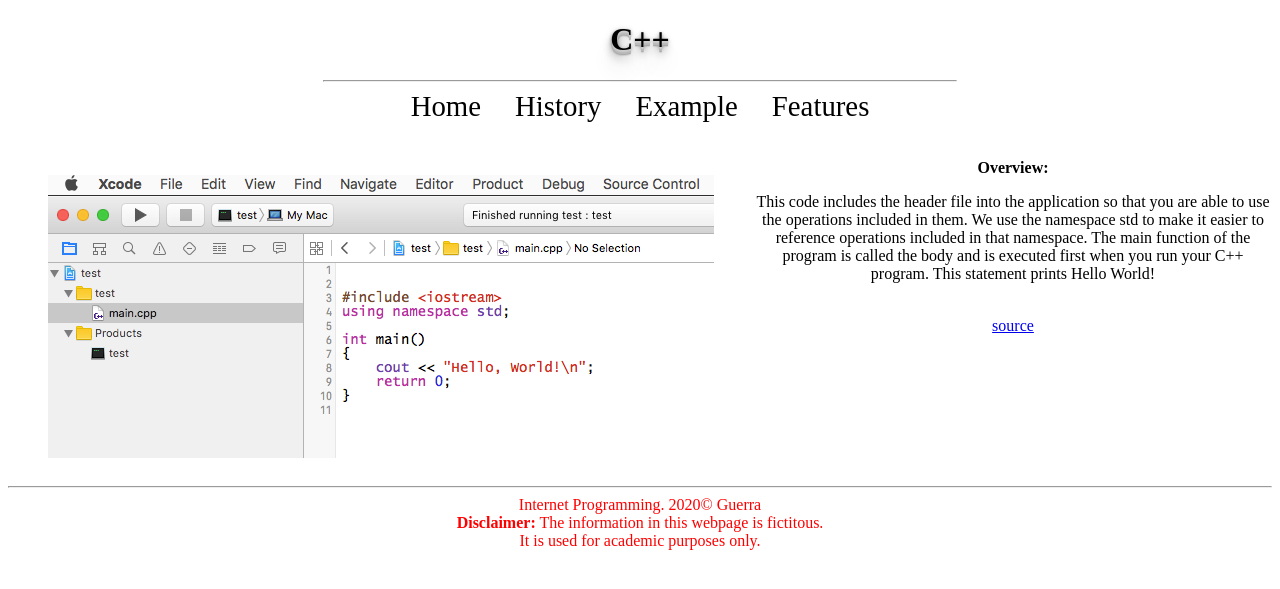
Repository: EricG831/a1
Page: a1/Example.html
The author's editor kept a record of every edit. The page is drawn from the files as they stood at one moment, then again after the next edit.
The browser window is 1280 px wide. The pictures show the whole page.
Some web fonts or font styles are not loaded; a fallback is used.

Above is the page before.

After the next edit:
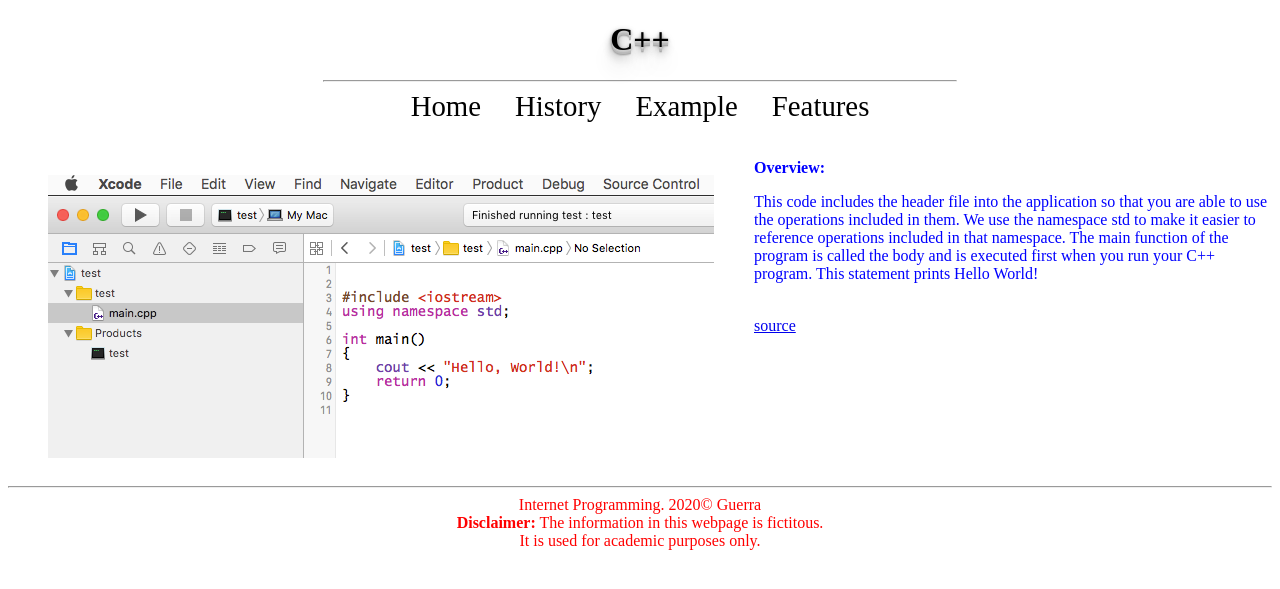
The edit:
--- a/a1/Example.html
+++ b/a1/Example.html
@@ -30,7 +30,7 @@
                 <img src="img/ex.png" alt="Picture Of Example" />
             </figure>
 
-            <div id:"ExampleText">
+            <div id="ExampleText">
                 <strong>Overview:</strong> <br />
 
                 <p>This code includes the header file into the application so that you are able to use the operations included in them.
